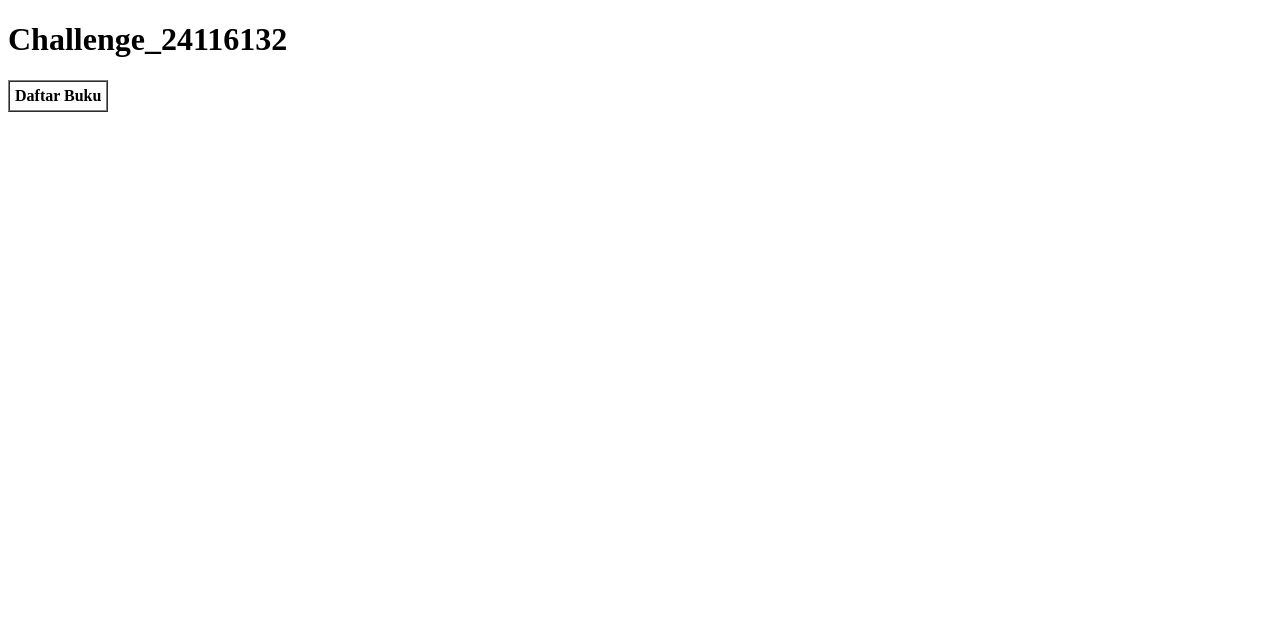
Repository: Abdsrya/Challenge_24116132
Page: Challenge_24116132.html
An editor plug-in stored every save of this project. The page is shown before and after a run of saves, followed by the edit.
The browser window is 1280 px wide. The pictures show the whole page.

Above is the page before, as saved 2026-04-20 09:42:09.

### Challenge_24116132.html
<!DOCTYPE html>
<html lang="en">
<head>
    <meta charset="UTF-8">
    <meta name="viewport" content="width=device-width, initial-scale=1.0">
    <title>Challenge_24116132</title>
</head>
<body>
    <h1><b>Challenge_24116132</b></h1>
    <table border="1" cellspacing = "0" cellpadding = "5" >
        <tr background-color="orange">
            <th colspan = "3"> Daftar Buku</th>
        </tr>
            </table>
</body>
</html>

After the next 2 saves:
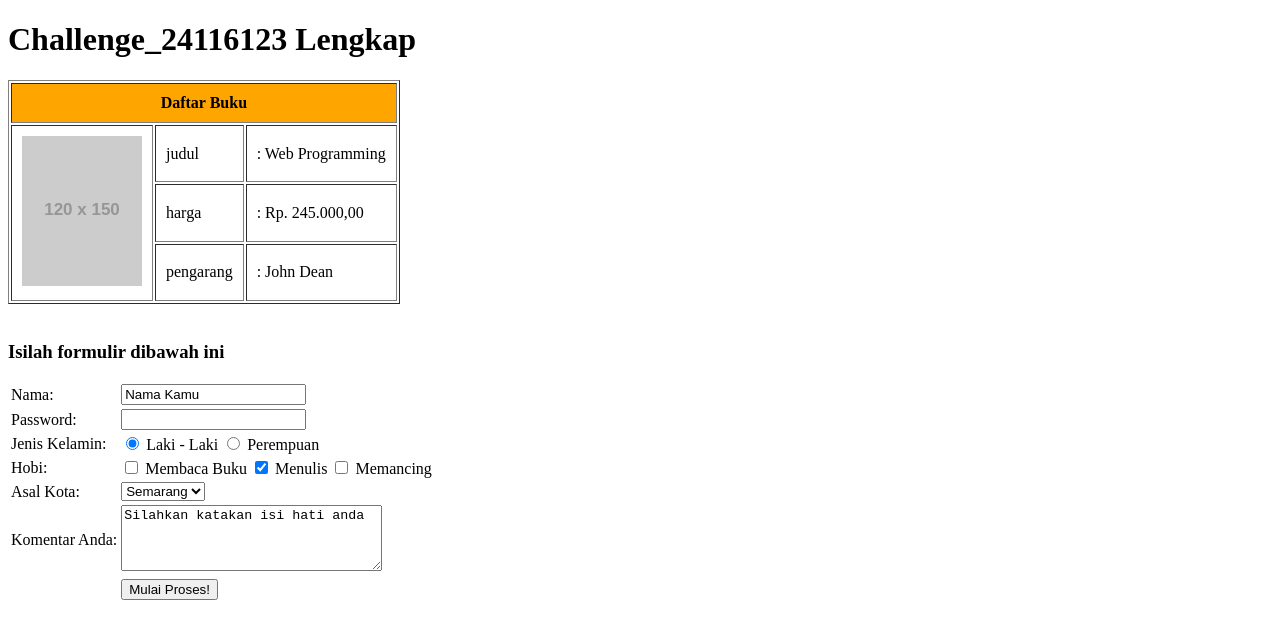
The 2 saves are shown as one change because they came seconds apart.
The last was saved 3 min 54 s later.
--- a/Challenge_24116132.html
+++ b/Challenge_24116132.html
@@ -1,16 +1,86 @@
 <!DOCTYPE html>
-<html lang="en">
+<html>
 <head>
-    <meta charset="UTF-8">
-    <meta name="viewport" content="width=device-width, initial-scale=1.0">
-    <title>Challenge_24116132</title>
+    <title>Challenge_24116123 Lengkap Anda</title>
 </head>
 <body>
-    <h1><b>Challenge_24116132</b></h1>
-    <table border="1" cellspacing = "0" cellpadding = "5" >
-        <tr background-color="orange">
-            <th colspan = "3"> Daftar Buku</th>
+
+    <!-- Judul -->
+    <h1>Challenge_24116123 Lengkap</h1>
+
+    <!-- Tabel Daftar Buku -->
+    <table border="1" cellpadding="10">
+        <tr bgcolor="orange">
+            <th colspan="3">Daftar Buku</th>
         </tr>
-            </table>
+        <tr>
+            <td rowspan="3">
+                <img src="https://via.placeholder.com/120x150" alt="Buku">
+            </td>
+            <td>judul</td>
+            <td>: Web Programming</td>
+        </tr>
+        <tr>
+            <td>harga</td>
+            <td>: Rp. 245.000,00</td>
+        </tr>
+        <tr>
+            <td>pengarang</td>
+            <td>: John Dean</td>
+        </tr>
+    </table>
+
+    <br>
+
+    <!-- Form -->
+    <h3>Isilah formulir dibawah ini</h3>
+
+    <table>
+        <tr>
+            <td>Nama:</td>
+            <td><input type="text" value="Nama Kamu"></td>
+        </tr>
+        <tr>
+            <td>Password:</td>
+            <td><input type="password"></td>
+        </tr>
+        <tr>
+            <td>Jenis Kelamin:</td>
+            <td>
+                <input type="radio" name="jk" checked> Laki - Laki
+                <input type="radio" name="jk"> Perempuan
+            </td>
+        </tr>
+        <tr>
+            <td>Hobi:</td>
+            <td>
+                <input type="checkbox"> Membaca Buku
+                <input type="checkbox" checked> Menulis
+                <input type="checkbox"> Memancing
+            </td>
+        </tr>
+        <tr>
+            <td>Asal Kota:</td>
+            <td>
+                <select>
+                    <option>Semarang</option>
+                    <option>Jakarta</option>
+                    <option>Bandung</option>
+                </select>
+            </td>
+        </tr>
+        <tr>
+            <td>Komentar Anda:</td>
+            <td>
+                <textarea rows="4" cols="30">Silahkan katakan isi hati anda</textarea>
+            </td>
+        </tr>
+        <tr>
+            <td></td>
+            <td>
+                <button>Mulai Proses!</button>
+            </td>
+        </tr>
+    </table>
 </body>
 </html>
